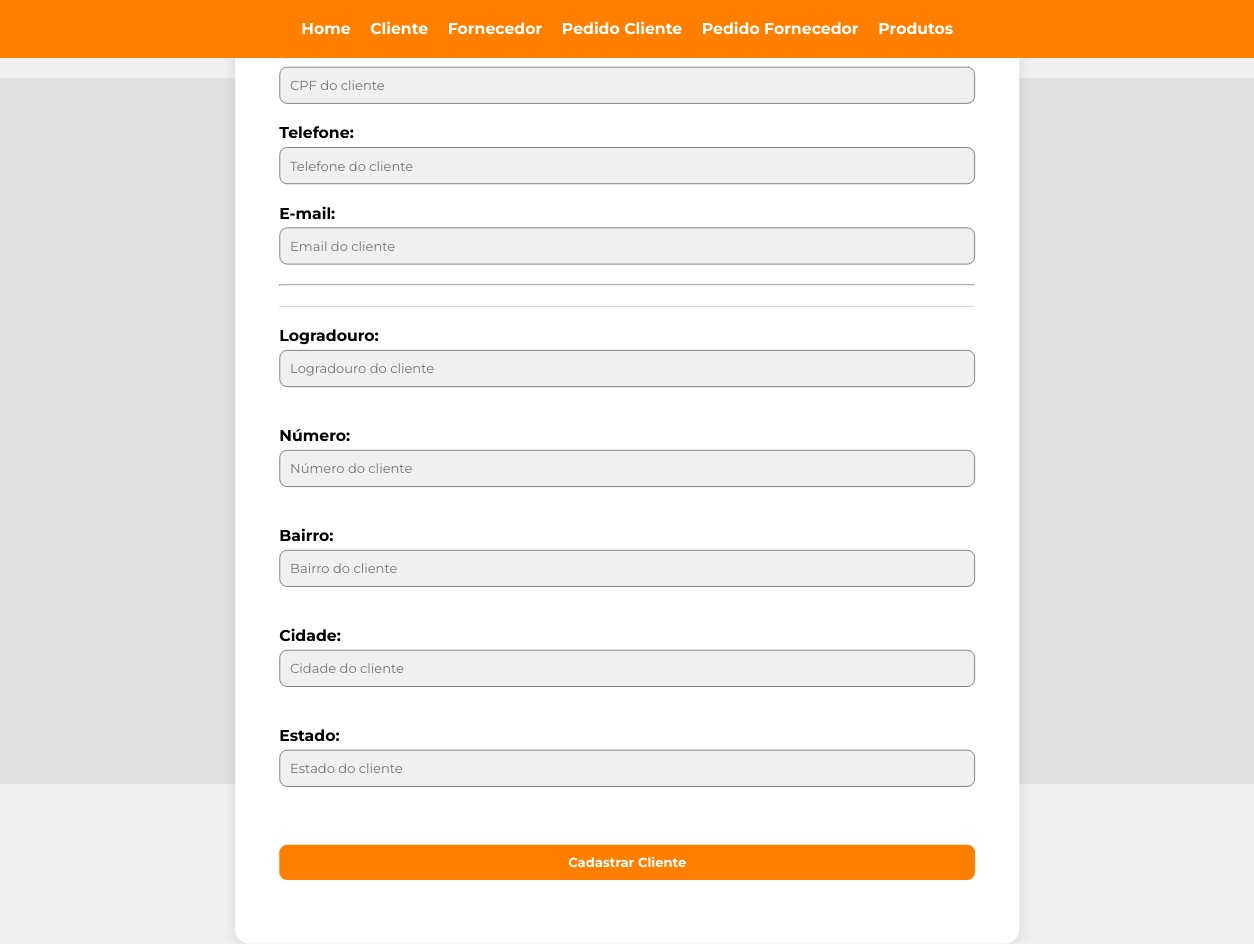
Repository: walterdmp/JavaWeb_BartoBotinas
Page: http://localhost/BartoBotinas/cadastrarCliente.jsp
These files come from the project's save history. The page is drawn as it stood at one moment and after the next save; the edit follows.
The browser window is 1280 px wide. The pictures show the whole page, at 98% of full size.
The page is served by Tomcat 9.

Above is the page before, as saved 2024-07-30 20:12:47.

After the next save:
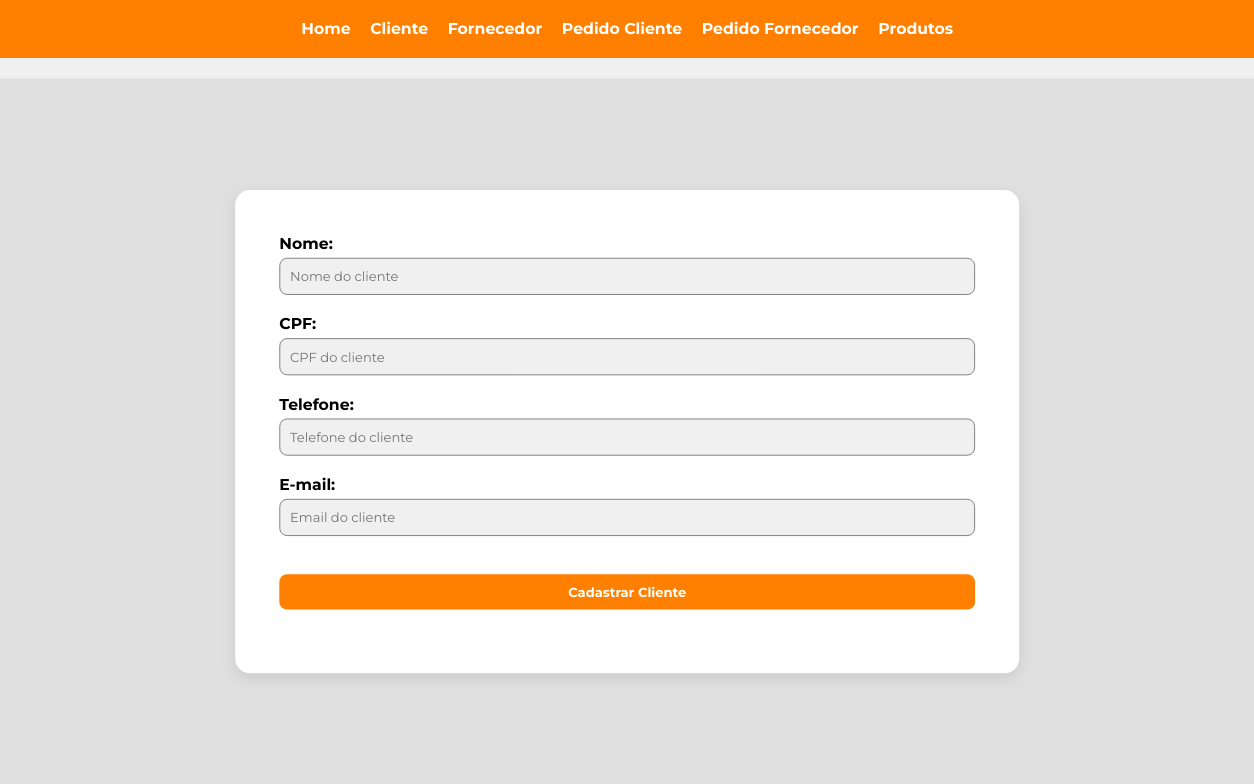
Saved 21 s later.
--- a/BartoBotinas/WebContent/cadastrarCliente.jsp
+++ b/BartoBotinas/WebContent/cadastrarCliente.jsp
@@ -36,31 +36,6 @@
 				<input type="email" id="email" name="email" placeholder="Email do cliente" required>
 			</div>
 
-			<hr>
-
-			<div class="endereco">
-				<div>
-					<label for="logradouro"><strong>Logradouro:</strong></label>
-					<input type="text" id="logradouro" name="logradouro" placeholder="Logradouro do cliente" required>
-				</div>
-				<div>
-					<label for="numero"><strong>Número:</strong></label>
-					<input type="text" id="numero" name="numero" placeholder="Número do cliente" required>
-				</div>
-				<div>
-					<label for="bairro"><strong>Bairro:</strong></label>
-					<input type="text" id="bairro" name="bairro" placeholder="Bairro do cliente" required>
-				</div>
-				<div>
-					<label for="cidade"><strong>Cidade:</strong></label>
-					<input type="text" id="cidade" name="cidade" placeholder="Cidade do cliente" required>
-				</div>
-				<div>
-					<label for="estado"><strong>Estado:</strong></label>
-					<input type="text" id="estado" name="estado" placeholder="Estado do cliente" required>
-				</div>
-			</div>
-
 			<br>
 			<div>
 				<input id="bartoButton" type="submit" name="salvar" value="Cadastrar Cliente">
